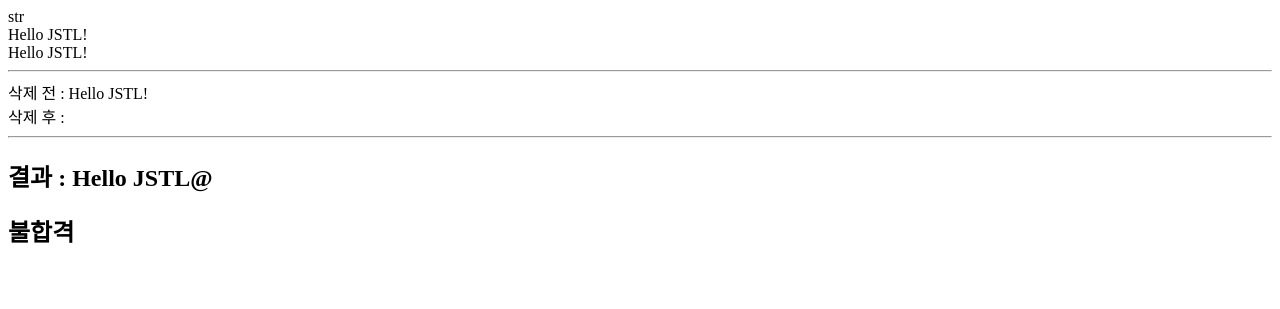
Repository: wjsjsn/23_jspstudy
Page: http://localhost/02_jsp/view/ex13_JSTL.jsp
The author's editor kept a copy of each file at every save. The page is drawn from the files as they stood at one save, then again after the next save.
The browser window is 1280 px wide. The pictures show the whole page.
The page is served by Tomcat 9.

Above is the page before, as saved 2023-07-05 07:21:22.

After the next save:
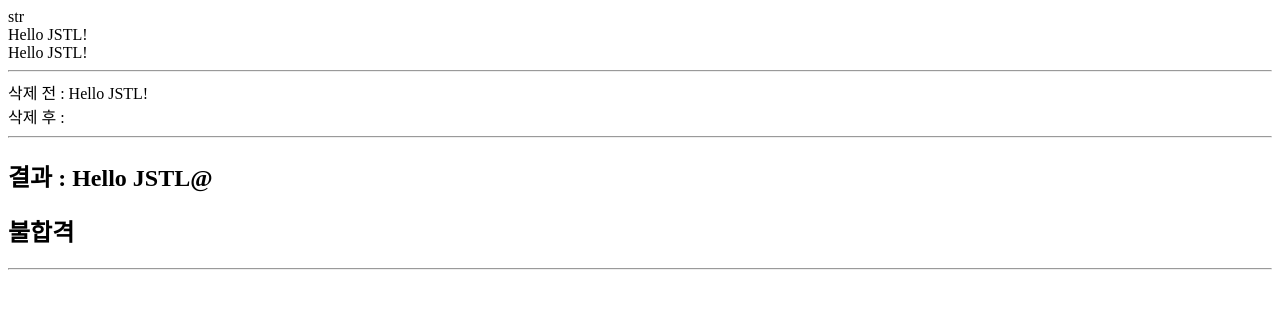
Saved 17 h 19 min later.
--- a/02_jsp/src/main/webapp/view/ex13_JSTL.jsp
+++ b/02_jsp/src/main/webapp/view/ex13_JSTL.jsp
@@ -54,5 +54,19 @@
 <c:if test="${avg < 80}">
 	<h2>불합격</h2>
 </c:if>
+<hr>
+
+<%--
+	if문은 esle가 없어서 불편할 때가 있음
+	이것을 대신하는 것이 choose문
+	switch문과 비슷
+ --%>
+ <c:choose >
+ 	<c:when test="조건식(관계연산, 비교연산) => EL 방식으로 작성">참일 때 실행</c:when>
+ 	<c:when test="조건식(관계연산, 비교연산) => EL 방식으로 작성">참일 때 실행</c:when>
+ 	<c:when test="조건식(관계연산, 비교연산) => EL 방식으로 작성">참일 때 실행</c:when>
+ 	<c:when test="조건식(관계연산, 비교연산) => EL 방식으로 작성">참일 때 실행</c:when>
+ 	<c:otherwise></c:otherwise>
+ </c:choose>
 </body>
 </html>
